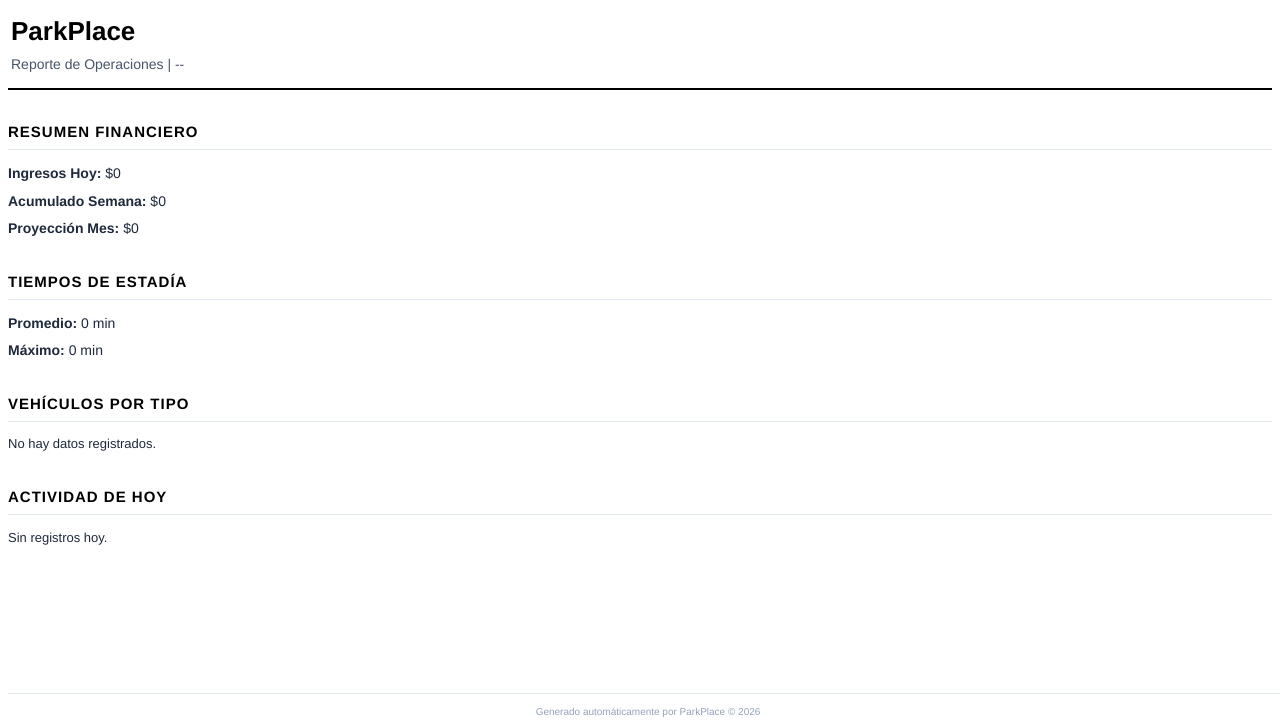
Repository: david-amp-s/ParkplaceDJango
Page: infrastructure/templates/reports_pdf.html
The author's editor kept a copy of each file at every save. The page is drawn from the files as they stood at one save, then again after the next save.
The browser window is 1280 px wide. The pictures show the whole page.
The template is drawn by Django 5.2. The application's start-up code is not run. Other server files are loaded and not shown. The template is opened directly, without the code that normally fills it, so the values that code supplies are empty.

Above is the page before, as saved 2026-03-28 22:41:19.

### infrastructure/templates/reports_pdf.html
<!DOCTYPE html>
<html>
<head>
    <meta charset="UTF-8">
    <style>
        @page { size: letter; margin: 50px; }
        body {
            font-family: Helvetica, Arial, sans-serif;
            color: #1e293b;
            line-height: 1.6;
            font-size: 13px;
        }
        .header {
            border-bottom: 2px solid #000;
            padding-bottom: 10px;
            margin-bottom: 25px;
        }
        .header-table {
            width: 100%;
            border: none;
        }
        .logo-koi {
            width: 85px;
            height: auto;
        }
        h1 { margin: 0; font-size: 26px; color: #000; }
        .header-subtitle { margin: 0; color: #475569; font-size: 14px; }

        h2 {
            border-bottom: 1px solid #e2e8f0;
            padding: 5px 0;
            font-size: 15px;
            color: #000;
            margin-top: 25px;
            text-transform: uppercase;
            letter-spacing: 1px;
        }

        .kpi-group { margin: 10px 0; }
        .kpi-item { margin-bottom: 5px; font-size: 14px; }

        .clean-list {
            list-style: none;
            padding: 0;
            margin: 0;
        }
        .clean-list li {
            margin-bottom: 6px;
        }

        .time-label {
            font-weight: bold;
            color: #000;
            margin-right: 10px;
        }

        .footer {
            position: fixed;
            bottom: 0;
            width: 100%;
            text-align: center;
            font-size: 10px;
            color: #94a3b8;
            border-top: 1px solid #e2e8f0;
            padding-top: 10px;
        }
    </style>
</head>
<body>

    <div class="header">
        <table class="header-table">
            <tr>
                <td style="vertical-align: middle;">
                    <h1>ParkPlace</h1>
                    <p class="header-subtitle">Reporte de Operaciones | {{ hoy|date:"d/m/Y"|default:"--" }}</p>
                </td>
                <td style="vertical-align: middle; text-align: right; width: 100px;">
                    {% if logo_base64 %}
                        <img src="{{ logo_base64 }}" class="logo-koi">
                    {% endif %}
                </td>
            </tr>
        </table>
    </div>

    <div class="section">
        <h2>Resumen Financiero</h2>
        <div class="kpi-group">
            <div class="kpi-item"><strong>Ingresos Hoy:</strong> ${{ finanzas.hoy|default:0 }}</div>
            <div class="kpi-item"><strong>Acumulado Semana:</strong> ${{ finanzas.semana|default:0 }}</div>
            <div class="kpi-item"><strong>Proyección Mes:</strong> ${{ finanzas.mes|default:0 }}</div>
        </div>
    </div>

    <div class="section">
        <h2>Tiempos de Estadía</h2>
        <div class="kpi-group">
            <div class="kpi-item"><strong>Promedio:</strong> {{ stay_avg|default:0 }} min</div>
            <div class="kpi-item"><strong>Máximo:</strong> {{ stay_max|default:0 }} min</div>
        </div>
    </div>

    <div class="section">
        <h2>Vehículos por Tipo</h2>
        <ul class="clean-list">
            {% for v in vehicle_stats %}
                <li>
                    <strong>{{ v.vehicle__type|upper|default:"N/A" }}:</strong> {{ v.total_services|default:0 }} servicios
                </li>
            {% empty %}
                <li>No hay datos registrados.</li>
            {% endfor %}
        </ul>
    </div>

    <div class="section">
        <h2>Actividad de Hoy</h2>
        <div style="margin-top: 10px;">
            {% for h in horas_pico %}
                <div style="margin-bottom: 5px;">
                    <span class="time-label">{{ h.hora|default:0 }}:00 hs</span>
                    <span>{{ h.cantidad|default:0 }} vehículos</span>
                </div>
            {% empty %}
                <p>Sin registros hoy.</p>
            {% endfor %}
        </div>
    </div>

    <div class="footer">
        Generado automáticamente por ParkPlace &copy; 2026
    </div>

</body>
</html>

After the next save:
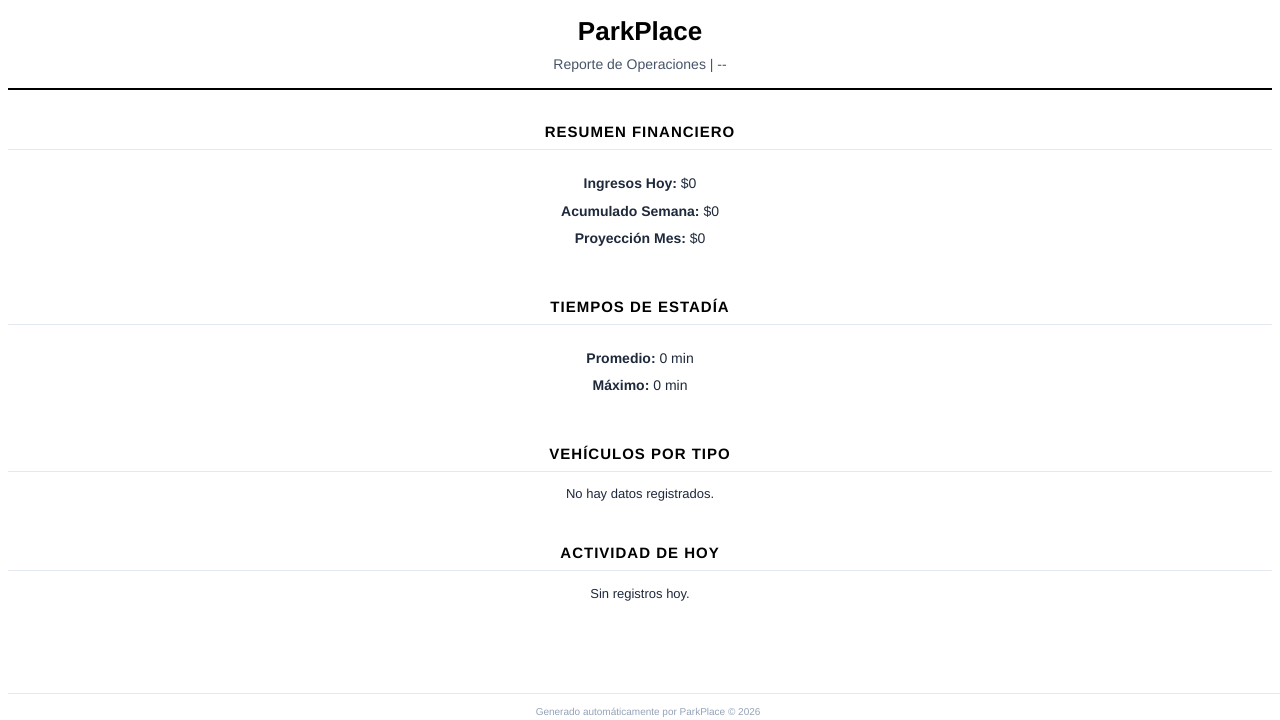
Saved 70 s later.
--- a/infrastructure/templates/reports_pdf.html
+++ b/infrastructure/templates/reports_pdf.html
@@ -9,6 +9,7 @@
             color: #1e293b;
             line-height: 1.6;
             font-size: 13px;
+            text-align: center; /* Centra el texto base */
         }
         .header {
             border-bottom: 2px solid #000;
@@ -34,15 +35,22 @@
             margin-top: 25px;
             text-transform: uppercase;
             letter-spacing: 1px;
+            text-align: center;
         }
 
-        .kpi-group { margin: 10px 0; }
+        .kpi-group {
+            margin: 10px auto;
+            display: inline-block;
+            text-align: center;
+        }
         .kpi-item { margin-bottom: 5px; font-size: 14px; }
 
         .clean-list {
             list-style: none;
             padding: 0;
-            margin: 0;
+            margin: 0 auto;
+            display: inline-block;
+            text-align: center;
         }
         .clean-list li {
             margin-bottom: 6px;
@@ -71,10 +79,13 @@
     <div class="header">
         <table class="header-table">
             <tr>
-                <td style="vertical-align: middle;">
+                <td style="width: 100px;"></td>
+
+                <td style="vertical-align: middle; text-align: center;">
                     <h1>ParkPlace</h1>
                     <p class="header-subtitle">Reporte de Operaciones | {{ hoy|date:"d/m/Y"|default:"--" }}</p>
                 </td>
+
                 <td style="vertical-align: middle; text-align: right; width: 100px;">
                     {% if logo_base64 %}
                         <img src="{{ logo_base64 }}" class="logo-koi">
@@ -116,7 +127,7 @@
 
     <div class="section">
         <h2>Actividad de Hoy</h2>
-        <div style="margin-top: 10px;">
+        <div style="margin-top: 10px; text-align: center;">
             {% for h in horas_pico %}
                 <div style="margin-bottom: 5px;">
                     <span class="time-label">{{ h.hora|default:0 }}:00 hs</span>

After the save that followed:
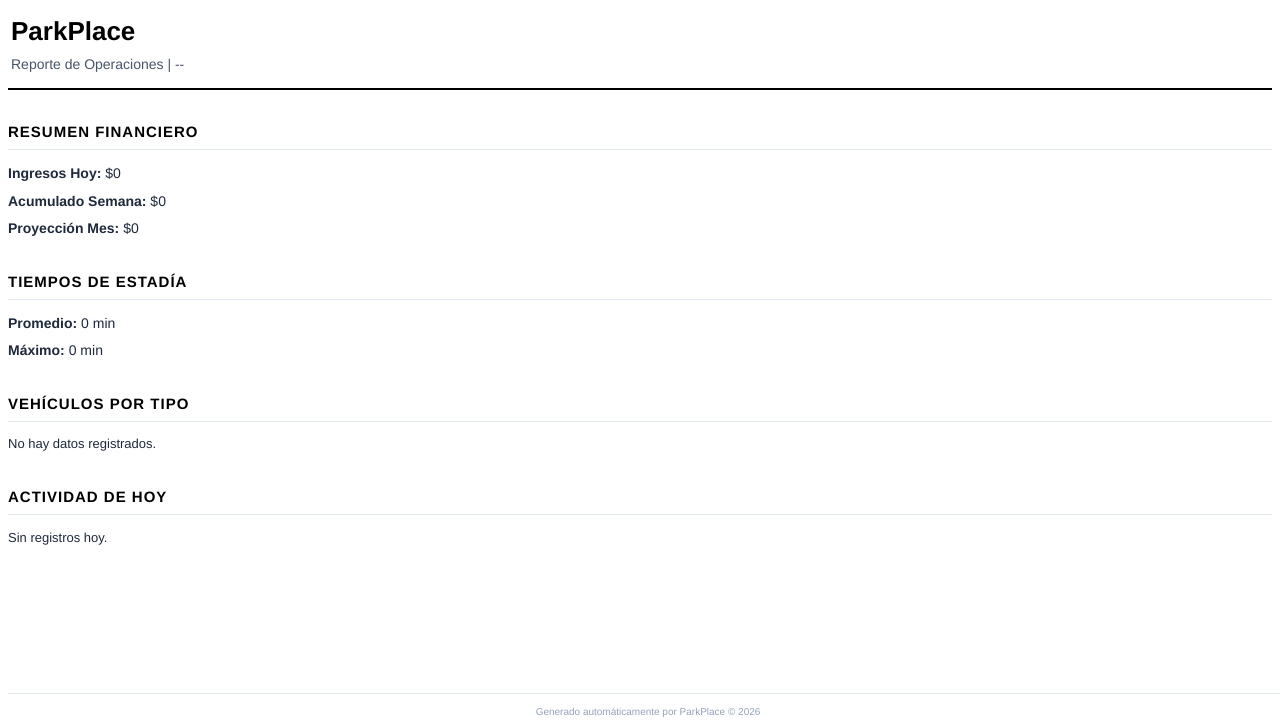
Saved 52 s later.
--- a/infrastructure/templates/reports_pdf.html
+++ b/infrastructure/templates/reports_pdf.html
@@ -9,7 +9,6 @@
             color: #1e293b;
             line-height: 1.6;
             font-size: 13px;
-            text-align: center; /* Centra el texto base */
         }
         .header {
             border-bottom: 2px solid #000;
@@ -35,22 +34,15 @@
             margin-top: 25px;
             text-transform: uppercase;
             letter-spacing: 1px;
-            text-align: center;
         }
 
-        .kpi-group {
-            margin: 10px auto;
-            display: inline-block;
-            text-align: center;
-        }
+        .kpi-group { margin: 10px 0; }
         .kpi-item { margin-bottom: 5px; font-size: 14px; }
 
         .clean-list {
             list-style: none;
             padding: 0;
-            margin: 0 auto;
-            display: inline-block;
-            text-align: center;
+            margin: 0;
         }
         .clean-list li {
             margin-bottom: 6px;
@@ -79,13 +71,10 @@
     <div class="header">
         <table class="header-table">
             <tr>
-                <td style="width: 100px;"></td>
-
-                <td style="vertical-align: middle; text-align: center;">
+                <td style="vertical-align: middle;">
                     <h1>ParkPlace</h1>
                     <p class="header-subtitle">Reporte de Operaciones | {{ hoy|date:"d/m/Y"|default:"--" }}</p>
                 </td>
-
                 <td style="vertical-align: middle; text-align: right; width: 100px;">
                     {% if logo_base64 %}
                         <img src="{{ logo_base64 }}" class="logo-koi">
@@ -127,7 +116,7 @@
 
     <div class="section">
         <h2>Actividad de Hoy</h2>
-        <div style="margin-top: 10px; text-align: center;">
+        <div style="margin-top: 10px;">
             {% for h in horas_pico %}
                 <div style="margin-bottom: 5px;">
                     <span class="time-label">{{ h.hora|default:0 }}:00 hs</span>
